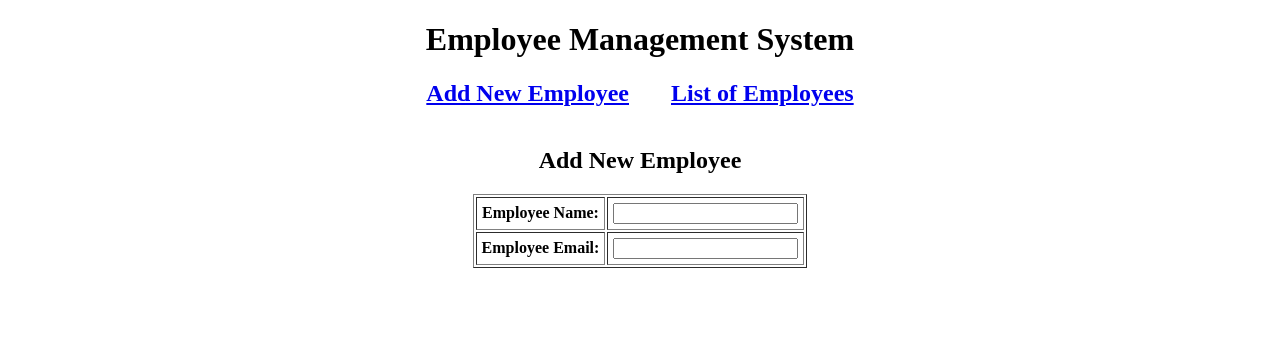
Repository: Swapna-JavaTech/Hibernate-Codes-
Page: http://localhost/EmployeeManagementSystem/employee-form.jsp
An editor plug-in stored every save of this project. The page is shown before and after the next save, followed by the edit.
The browser window is 1280 px wide. The pictures show the whole page.
The page is served by Tomcat 9. The template is opened directly, without the code that normally fills it, so the values that code supplies are empty.

Above is the page before, as saved 2022-01-31 07:03:41.

After the next save:
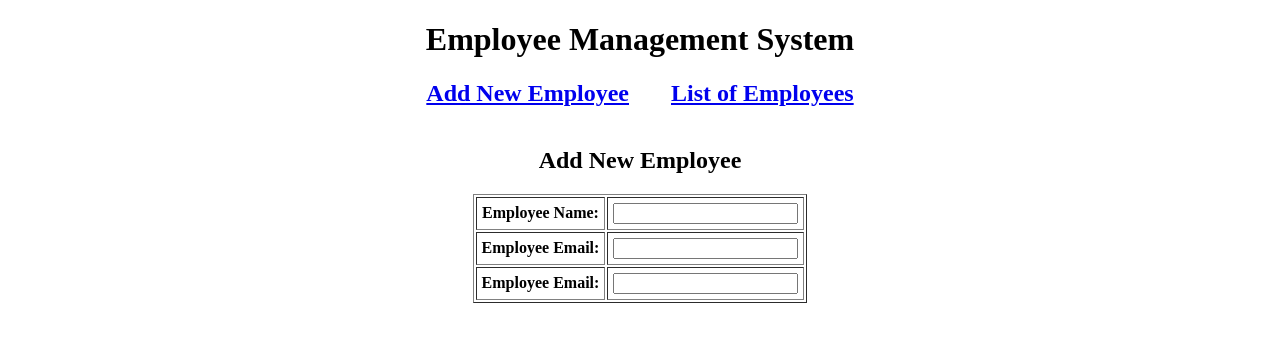
Saved 55 s later.
--- a/EmployeeManagementSystem/src/main/webapp/employee-form.jsp
+++ b/EmployeeManagementSystem/src/main/webapp/employee-form.jsp
@@ -43,7 +43,12 @@
 			<td><input type="text" name="ename" value="<c:out value='${emp.empName}' />" />
 			</td>
 		</tr>
-			<tr>
+		<tr>
+			<th> Employee Email: </th>
+			<td><input type="text" name="eemail" value="<c:out value='${emp.empEmail}' />" />
+			</td>
+		</tr>
+		<tr>
 			<th> Employee Email: </th>
 			<td><input type="text" name="eemail" value="<c:out value='${emp.empEmail}' />" />
 			</td>
